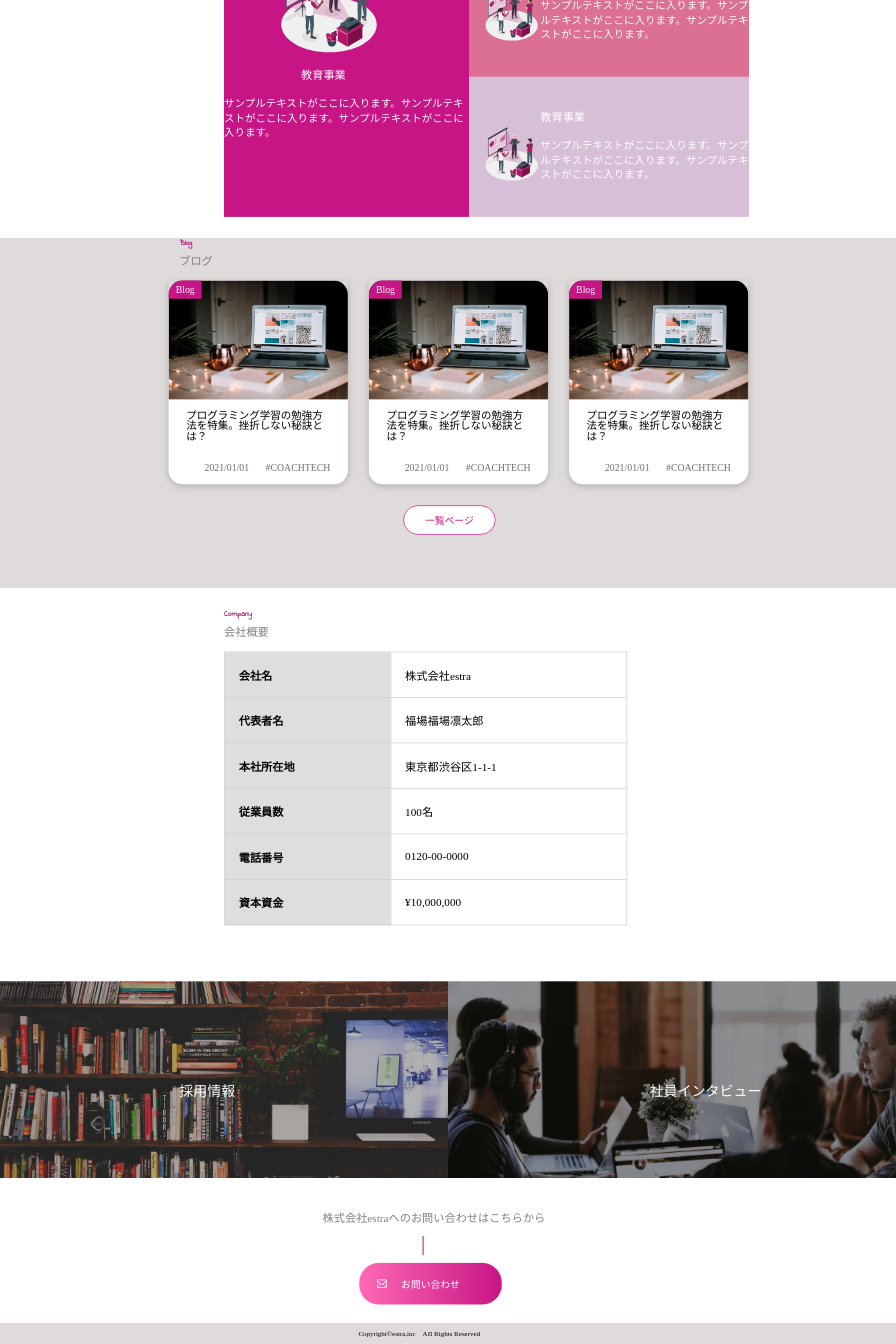
Repository: sigemasaasuka/20210902
Page: index.html
These files come from the project's save history. The page is drawn as it stood at one moment and after the next save; the edit follows.
The browser window is 1280 px wide. The pictures show the part of the page from y = 1377 to 3297 px (the page is 3297 px tall), at 70% of full size.

Above is the page before, as saved 2021-10-05 18:23:12.

After the next save:
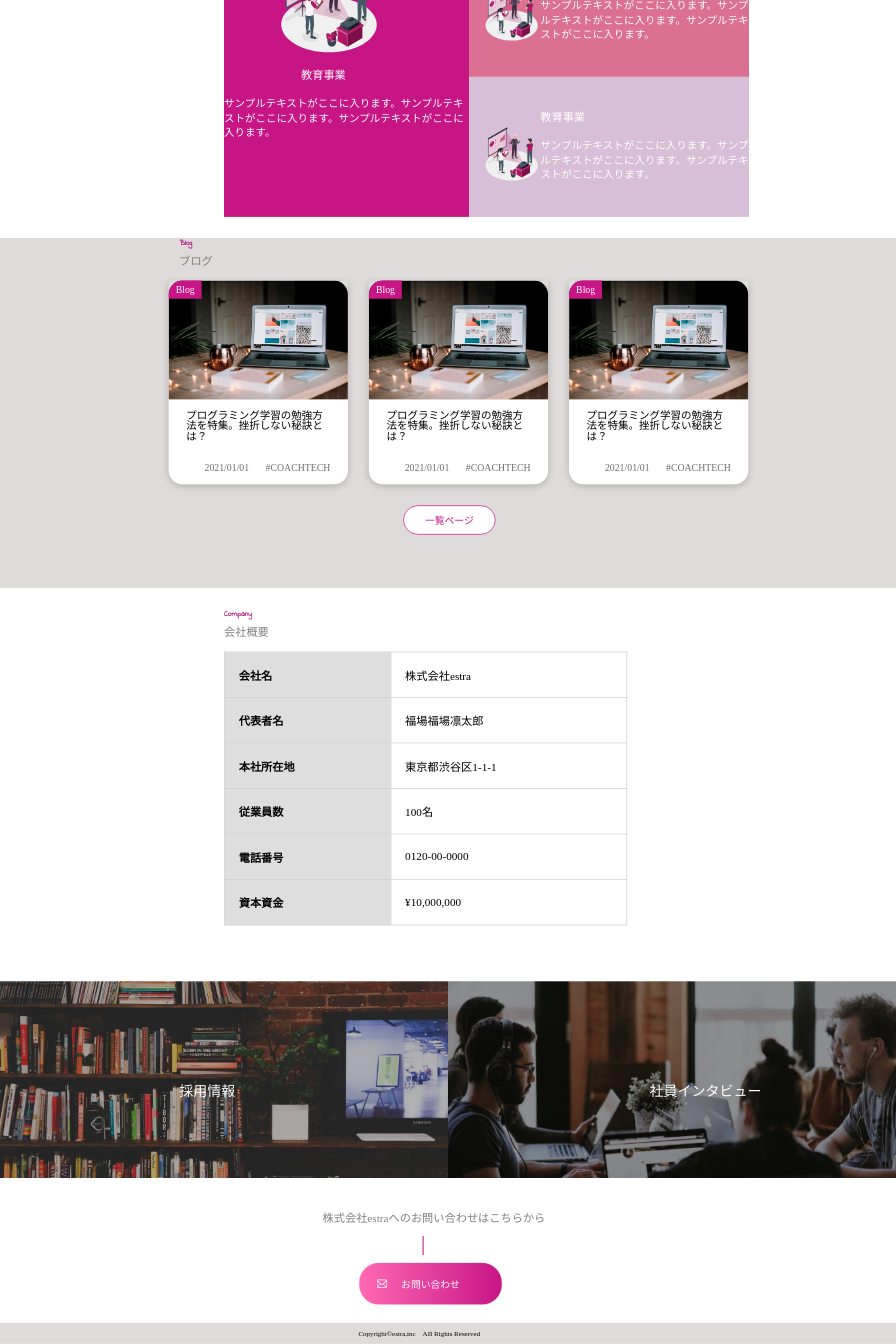
Saved 7 s later.
--- a/css/style.css
+++ b/css/style.css
@@ -407,7 +407,6 @@ table th {
   height: 0;
   padding-top: calc(300 / 683 * 100%); /* calc(画像高さ ÷ 画像横幅 × 100%) */
   background: url(../img/img/interview.png) center center / cover no-repeat;
-  background: url(../img/img/interview.png) no-repeat;
   margin-top: 30px;
 }
 
